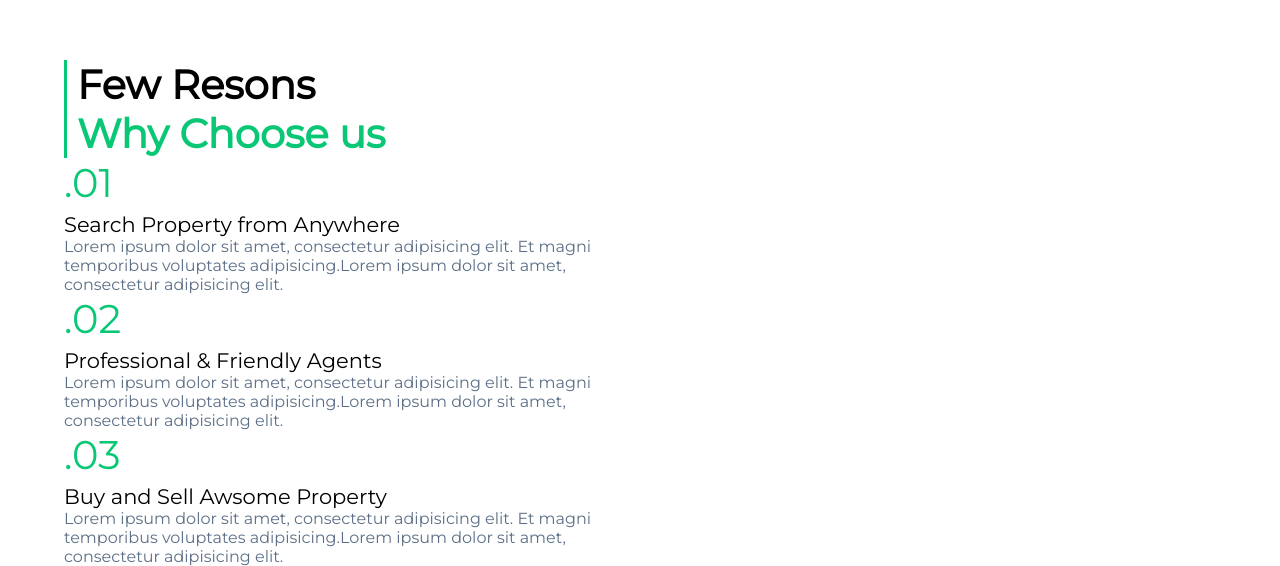
Repository: Yowani24/Real-Estate2
Page: index.html
These files come from the project's save history. The page is drawn as it stood at one moment and after the next save; the edit follows.
The browser window is 1280 px wide. The pictures show the part of the page from y = 2326 to 2952 px (the page is 2892 px tall before and 2952 px after).
A picture or video elsewhere on the page could not be fetched, so the positions and the page height are approximate. Some web fonts or font styles are not loaded; a fallback is used.

Above is the page before, as saved 2021-08-29 13:30:31.

### index.html
<!DOCTYPE html>
<html lang="en">
<head>
    <meta charset="UTF-8">
    <meta http-equiv="X-UA-Compatible" content="IE=edge">
    <meta name="viewport" content="width=device-width, initial-scale=1.0">
    <title>Real State</title>
    <link rel="stylesheet" href="styles.css">

    <!-- ============FONT-FAMILY============== -->
    <link rel="preconnect" href="https://fonts.googleapis.com">
    <link rel="preconnect" href="https://fonts.gstatic.com" crossorigin>
    <link href="https://fonts.googleapis.com/css2?family=Montserrat&family=Rozha+One&display=swap" rel="stylesheet">

    <!-- ======================VUELS CDN=================== -->
    <script src="https://cdn.jsdelivr.net/npm/vue@2"></script>

</head>
<body>
    <Header>
        <div class="interface_wrapper header_wrapper">
            <div class="logo_box">
                <img src="/images/realLogo.png" alt="">
                <p><span>Real</span> Estate</p>
            </div>

            <div class="menu">
                <nav>
                    <ul>
                        <li><a href="#">Home</a></li>
                        <li><a href="#">About</a></li>
                        <li><a href="#">Agents</a></li>
                        <li><a href="#">Price</a></li>
                        <li><a href="#">Blog</a></li>
                    </ul>
                </nav>
            </div>
        </div>
    </Header>

    <section class="showcase_sec">
        <div class="interface_wrapper showcase">
            <p>Give Life For Your <br/>Dream <span>Home</span></p>
            <p>Always on the lookout for the hi-tech advancements.  Build not only a product that can sell well, but a platform through which to deliver it.</p>

            <div class="btns_box">
                <button>Read more</button>
                <button>Contact Us</button>
            </div>
        </div>
    </section>

    <section class="about_us_sec">
        <div class="interface_wrapper about_us">
            <p><span>About</span> Us</p>
            <p>A modern and unique style </p>

            <div id="app">
                <div v-for="item in items">
                    <img :src="item.ima" alt="">
                    <p>{{item.desc}}</p>
                </div>
            </div>
        </div>
    </section>

    <section class="services_sec">
        <div id="services" class="interface_wrapper services">
            <div class="services_box" v-for="item in items">
                <img :src="item.ima" alt="">
                <div>
                    <p>{{item.titulo}}</p>
                    <p>{{item.desc}}</p>
                </div>
            </div>
        </div>
    </section>

    <section class="best_agents_sec">
        <div class="interface_wrapper best_agents">
            <div id="bestAgents" class="bestAgents">
                <div>
                    <p><span>Our</span> Best Agents</p>
                    <button>View Agents</button>
                </div>
                <div class="agents_box" v-for="item in items">
                    <div class="agents_image_box">
                        <img :src="item.ima" alt="">
                    </div>
                    <p>{{item.name}}</p>
                    <p>{{item.office}}</p>
                    <div class="agents_social">
                        <img src="/images/facebook.png" alt="">
                        <img src="/images/twitter.png" alt="">
                        <img src="/images/email.png" alt="">
                        <img src="/images/linkedin.png" alt="">
                    </div>
                </div>
            </div>
        </div>
    </section>

    <section class="whyUs_sec">
        <div id="whyUs" class="interface_wrapper whyUs">
            <h3>Few Resons <br/> <span>Why Choose us</span></h3>
            <div class="items" v-for="item in items">
                <p>{{item.position}}</p>
                <p>{{item.title}}</p>
                <p>{{item.desc}}</p>
            </div>
        </div>
    </section>



    <script>
        var app = new Vue({
            el: '#app',
            data: {
                items: [
                    {ima:'https://images.unsplash.com/photo-1583231684537-bd79dc887244?ixlib=rb-1.2.1&ixid=MnwxMjA3fDB8MHxwaG90by1yZWxhdGVkfDZ8fHxlbnwwfHx8fA%3D%3D&auto=format&fit=crop&w=500&q=60', desc:'Tomin Villa Denmarkd'},
                    {ima:'https://images.unsplash.com/photo-1613490493576-7fde63acd811?ixlib=rb-1.2.1&ixid=MnwxMjA3fDB8MHxwaG90by1yZWxhdGVkfDV8fHxlbnwwfHx8fA%3D%3D&auto=format&fit=crop&w=500&q=60', desc:'Financial Office Romania'},
                    {ima:'https://images.unsplash.com/photo-1416331108676-a22ccb276e35?ixlib=rb-1.2.1&ixid=MnwxMjA3fDB8MHxwaG90by1yZWxhdGVkfDJ8fHxlbnwwfHx8fA%3D%3D&auto=format&fit=crop&w=500&q=60', desc:'Cruzz Villa Spain'},
                ]
            }
        });

        var app = new Vue({
            el: '#services',
            data: {
                items: [
                    {ima:'/images/SEO_Ready_Code.png', titulo:'SEO Ready Code', desc:'Tincidunt felis dignissim justo congue, non rutrum tortor volutpat .'},
                    {ima:'/images/Fully_Responsive.png', titulo:'Fully Responsive', desc:'Tincidunt felis dignissim justo congue, non rutrum tortor volutpat .'},
                    {ima:'/images/Awesome_Features.png', titulo:'Awesome Features', desc:'Tincidunt felis dignissim justo congue, non rutrum tortor volutpat .'},
                    {ima:'/images/5-Star-Support.png', titulo:'5-Star-Support', desc:'Tincidunt felis dignissim justo congue, non rutrum tortor volutpat .'},
                    {ima:'/images/5-Star-Support.png', titulo:'High Customizibility', desc:'Tincidunt felis dignissim justo congue, non rutrum tortor volutpat .'},
                    {ima:'/images/Up-To-Date Software.png', titulo:'Up-To-Date Software', desc:'Tincidunt felis dignissim justo congue, non rutrum tortor volutpat .'},

                ]
            }
        });

        var app = new Vue({
            el: '#bestAgents',
            data: {
                items: [
                    {ima:'https://images.unsplash.com/photo-1598257006408-538c27529235?ixlib=rb-1.2.1&ixid=MnwxMjA3fDB8MHxwaG90by1yZWxhdGVkfDE2fHx8ZW58MHx8fHw%3D&auto=format&fit=crop&w=500&q=60', name:'Yowani da Costa', office:'FOUNDER | CEO'},
                    {ima:'https://images.unsplash.com/photo-1573496800440-5c9c48a8d0f0?ixid=MnwxMjA3fDB8MHxzZWFyY2h8MTZ8fGJsYWNrJTIwZW50cmVwcmVuZXVyc3xlbnwwfHwwfHw%3D&ixlib=rb-1.2.1&auto=format&fit=crop&w=500&q=60', name:'Nelumba Nkai', office:'RH'},
                    {ima:'https://images.unsplash.com/photo-1558222218-b7b54eede3f3?ixid=MnwxMjA3fDB8MHxzZWFyY2h8MTh8fGNlb3xlbnwwfHwwfHw%3D&ixlib=rb-1.2.1&auto=format&fit=crop&w=500&q=60', name:'Arnold William', office:'Front End Developer'},


                ]
            }
        });

        var app = new Vue({
            el: '#whyUs',
            data: {
                items: [
                    {position:'.01', title:'Search Property from Anywhere', desc:'Lorem ipsum dolor sit amet, consectetur adipisicing elit. Et magni temporibus voluptates adipisicing.Lorem ipsum dolor sit amet, consectetur adipisicing elit.'},
                    {position:'.02', title:'Professional & Friendly Agents', desc:'Lorem ipsum dolor sit amet, consectetur adipisicing elit. Et magni temporibus voluptates adipisicing.Lorem ipsum dolor sit amet, consectetur adipisicing elit.'},
                    {position:'.03', title:'Buy and Sell Awsome Property', desc:'Lorem ipsum dolor sit amet, consectetur adipisicing elit. Et magni temporibus voluptates adipisicing.Lorem ipsum dolor sit amet, consectetur adipisicing elit.'}

                ]
            }
        });

    </script>
</body>
</html>

### styles.css
*{
    margin: 0;
}

body{
    padding: 0;
    top: 0;
    left: 0;
    font-family: 'Montserrat', sans-serif;
}
.interface_wrapper{
    width: 90%;
    margin: 0 auto;
}

/* ======================HEADER======================= */
Header{
    background: rgb(23,34,47);
    color: #FFFFFF;
    padding: 10px 0;

}
.header_wrapper{
    display: flex;
    justify-content: space-between;
    align-items:center;
}
.logo_box{
    display: flex;
    align-items: center;
}
.logo_box p{
    font-size: 40px;
    font-weight: 400;
    font-family: 'Rozha One', serif;

}
.logo_box span{
    color: rgb(10, 199, 117);
}
Header .menu nav ul{
    display: flex;
    padding: 0;
}
Header .menu nav li{
    list-style: none;
    margin: 0 20px;
}
Header .menu nav a{
    text-decoration: none;
    color: #FFFFFF;
    font-size: 19px;

}

/* ======================SHOWCASE_SECTION======================= */
.showcase_sec{
    padding-top: 150px;
    padding-bottom: 100px;
    background-image: url('https://images.unsplash.com/photo-1544890603-cf0ce2d65561?ixlib=rb-1.2.1&ixid=MnwxMjA3fDB8MHxwaG90by1wYWdlfHx8fGVufDB8fHx8&auto=format&fit=crop&w=750&q=80');
    background-repeat: no-repeat;
    background-position: center;
    background-size: cover;
}
.showcase p:nth-child(1) {
    font-size: 85px;
    font-family: 'Rozha One', serif;
    width: 800px;
    border-left: 3px solid rgb(10, 199, 117);
    padding-left: 10px;
    line-height: 1;
    margin: 0 auto;
    color: #FFFFFF;

}
.showcase p:nth-child(1) span {
    color: rgb(10, 199, 117);
}

.showcase p:nth-child(2) {
    font-size: 16px;
    color: rgb(255, 255, 255);
    width: 650px;
    line-height: 2;
    margin-top: 75px;
}

.btns_box{
    margin-top: 40px;
}
.btns_box button {
    border: 2px solid rgb(10, 199, 117);
    padding: 0 45px;
    height: 55px;
    font-size: 16px;
    border-radius: 50px;
    font-weight: 500;
    color: #FFFFFF;
    line-height: 19px;
    cursor: pointer;
}

.btns_box button:nth-child(1) {
    background: rgb(10, 199, 117);
}
.showcase button:nth-child(2) {
    color:#FFFFFF;
    margin-left: 10px;
    background: none;
}


/* ======================ABOUT US======================= */
.about_us_sec{
    padding-bottom: 50px;
}
.about_us {
    display: flex;
    flex-direction: column;
}
.about_us p:nth-child(1) {
    font-size: 40px;
    border-left: 3px solid rgb(10, 199, 117);
    padding-left: 10px;
    margin: 0 auto;
    margin-top: 100px;
    margin-bottom: 10px;

}
.about_us p:nth-child(1) span {
    color: rgb(10, 199, 117);
}

.about_us p:nth-child(2) {
    font-size: 22px;
    font-style: italic;
    text-align: center;
    margin-bottom: 100px;
}

#app{
    display: flex;
    align-items: center;
    justify-content: space-between;
    width: 100%;
}
#app img{
    width: 200px;
    height: 200px;
    border-radius:100%;
}
#app p{
    text-align: center;
    font-size: 25px;
    width: 200px;
    margin: 0 auto;
    margin-top: 20px;
    font-style: normal;
}


/* ======================SERVICES======================= */

.services_sec{
    background: rgb(35, 49, 66);
    color: rgb(255, 255, 255);
    padding: 50px 0;

}
.services{
    display: flex;
    flex-wrap: wrap;
    justify-content: space-between;
}
.services_box{
    display: flex;
    margin: 50px 0;
    align-items: flex-start;
}
.services_box img{
    margin-right: 10px;
}
.services_box p:nth-child(1){
    font-size: 30px;
    font-weight: bold;
    margin-top: 10px;
}
.services_box p:nth-child(2){
    font-size: 14px;
    width: 280px;
    margin-top: 20px;
}



/* ======================OUR BEST AGENTS======================= */

.best_agents_sec {
    padding: 80px 0;
}
.bestAgents{
    display: flex;
}
.bestAgents p:nth-child(1){
    font-size: 40px;
    border-left: 3px solid rgb(10, 199, 117);
    font-weight: bold;
    padding-left: 10px;
}
.bestAgents p:nth-child(1) span{
    font-size: 40px;
    color: rgb(10, 199, 117);
}
.bestAgents button{
    font-size: 16px;
    font-weight: bolder;
    padding: 15px 40px;
    border: 2px solid rgb(10, 199, 117);
    background: none;
    margin-top: 60px;
    cursor: pointer;
}

.agents_box{
    width: 300px;
    box-shadow: rgba(60, 64, 67, 0.3) 0px 1px 2px 0px,
    rgba(60, 64, 67, 0.15) 0px 2px 6px 2px;
    margin: 6px;
    text-align: center;
    padding: 5px;
}
.agents_box p:nth-child(2){
    font-size: 30px;
    font-weight: 500;
    margin: 10px 0;
    color: rgb(39, 35, 35);
}
.agents_box p:nth-child(3){
    font-size: 15px;
    font-weight: 500;
    color: rgb(51, 151, 108);
}
.agents_image_box{
    width: 100%;
}
.agents_image_box img{
    width: 100%;
}
.agents_social{
    text-align: center;
    padding: 10px 0;
}
.agents_social img{
    margin: 0 10px;
    cursor: pointer;
}


/* ======================OUR BEST AGENTS======================= */

.whyUs h3{
    font-size: 40px;
    border-left: 3px solid rgb(10, 199, 117);
    font-weight: bold;
    padding-left: 10px;
}
.whyUs h3 span{
    color: rgb(10, 199, 117);
}

.items p:nth-child(1){
    font-size: 40px;
    color: rgb(10, 199, 117);
    font-weight: 500;
}
.items p:nth-child(2){
    font-size: 21px;
    font-weight: 500;
    margin-top: 5px;

}
.items p:nth-child(3){
    font-size: 16px;
    color: rgb(92, 111, 135);
    width: 50%;

}

After the next save:
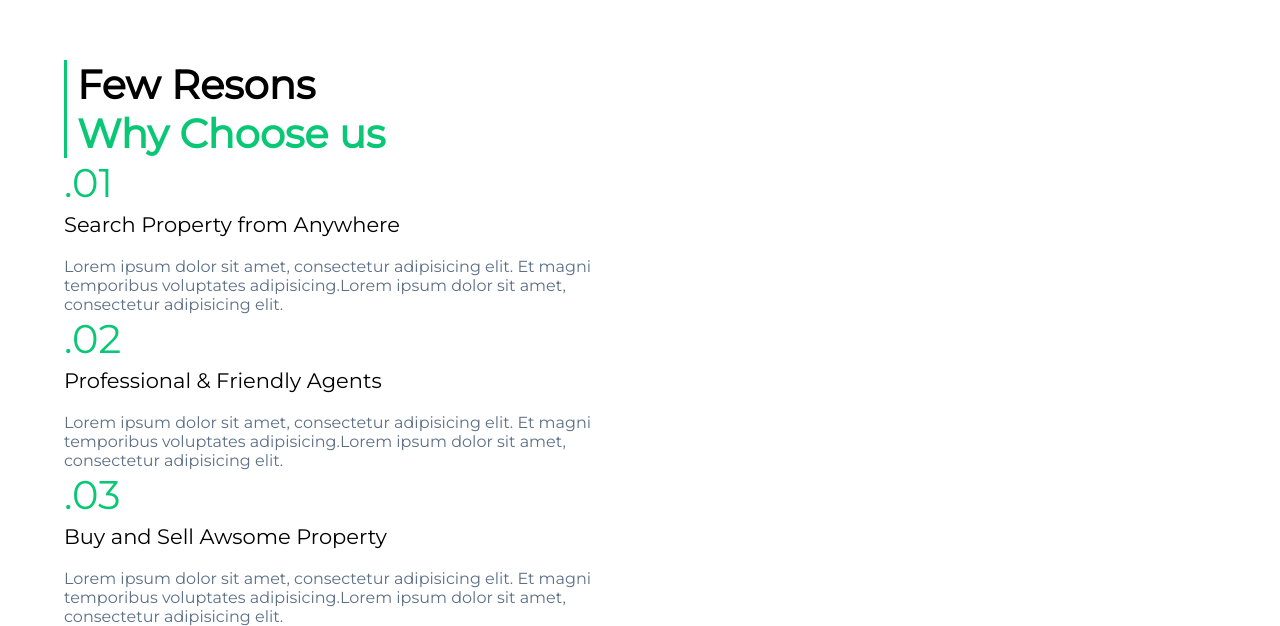
Saved 7 s later.
--- a/styles.css
+++ b/styles.css
@@ -283,5 +283,5 @@ Header .menu nav a{
     font-size: 16px;
     color: rgb(92, 111, 135);
     width: 50%;
-
-}
+    margin-top: 20px;
+}
